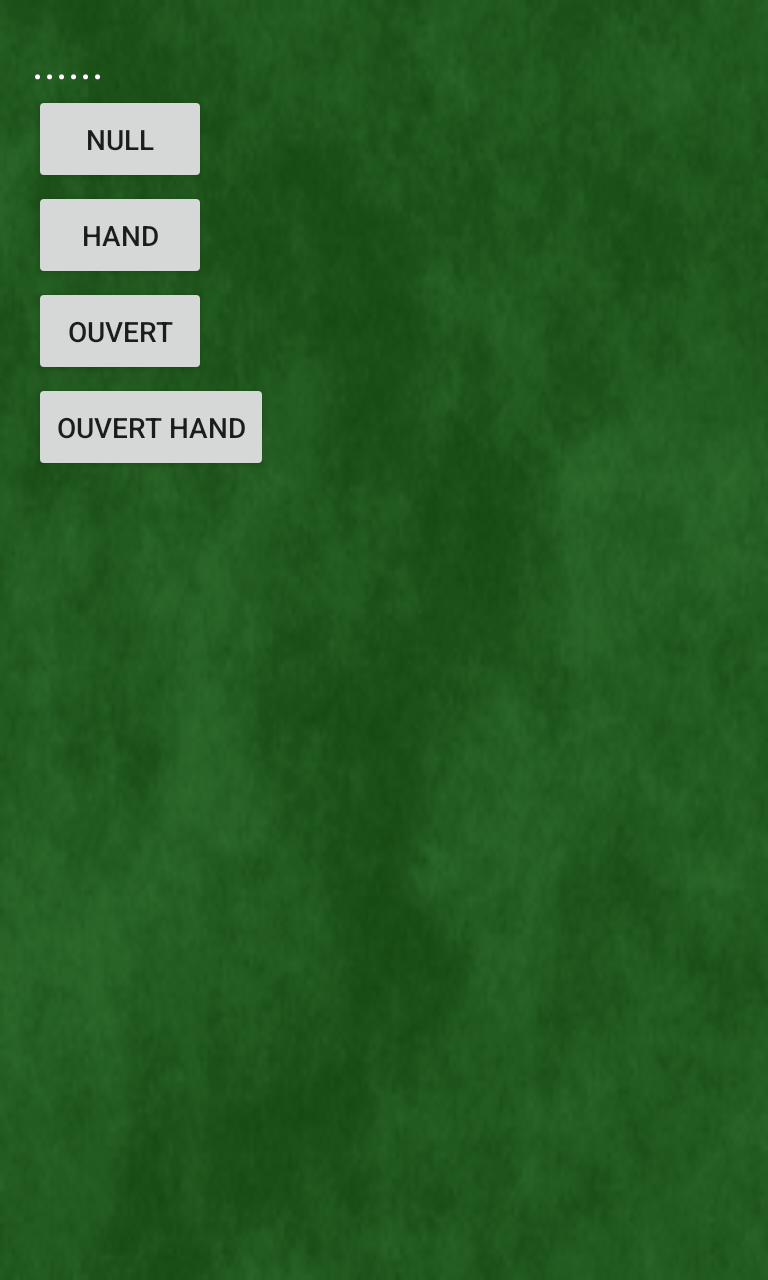
Repository: razinanu/InSy-Skat
Layout: InSy-Skat/res/layout/fragment_null_s.xml
These files come from the project's save history. The layout is drawn as it stood at one moment and after the next save; the edit follows.
It is drawn on a 768 x 1280 px phone screen (xhdpi) without system bars, with theme AppThemeWithoutActionBarTitle; the app's code is not run.

Above is the layout before, as saved 2014-06-21 18:44:41.

### InSy-Skat/res/layout/fragment_null_s.xml
<ScrollView xmlns:android="http://schemas.android.com/apk/res/android"
    xmlns:tools="http://schemas.android.com/tools"
    android:layout_width="match_parent"
    android:layout_height="match_parent"
    android:paddingBottom="@dimen/activity_vertical_margin"
    android:paddingLeft="@dimen/activity_horizontal_margin"
    android:paddingRight="@dimen/activity_horizontal_margin"
    android:paddingTop="@dimen/activity_vertical_margin"
    android:background="@drawable/hintergrundapp"
    tools:context="com.example.insy_skat.NullSPActivity$PlaceholderFragment" >


        <LinearLayout
            android:layout_width="match_parent"
            android:layout_height="wrap_content"
            android:orientation="vertical" >

            <TextView
                android:id="@+id/bubenAuswahlText"
                android:layout_width="wrap_content"
                android:layout_height="wrap_content"
                android:text="@string/nullspiel"
                android:textAppearance="?android:attr/textAppearanceLarge"
                android:textColor="#ffffff" />

            <Button
                android:id="@+id/nullsp"
                android:layout_width="wrap_content"
                android:layout_height="wrap_content"
                android:text="@string/nullString" />

             <Button
                 android:id="@+id/nullH"
                 android:layout_width="wrap_content"
                 android:layout_height="wrap_content"
                 android:text="@string/nullH"  />

             <Button
                 android:id="@+id/nullou"
                 android:layout_width="wrap_content"
                 android:layout_height="wrap_content"
                 android:text="@string/nullou"  />

             <Button
                 android:id="@+id/nullouH"
                 android:layout_width="wrap_content"
                 android:layout_height="wrap_content"
                 android:text="@string/nullouH"  />

        </LinearLayout>


</ScrollView>

### InSy-Skat/res/values/strings.xml
<?xml version="1.0" encoding="utf-8"?>
<resources>

    <string name="app_name">Reizassistent</string>
    <string name="action_settings">Settings</string>
    <string name="zurueck">Zurück</string>
    <string name="weiter">Weiter</string>
    <string name="menue">Menü</string>
    <string name="abbrechen">Beenden</string>
    <string name="farbspielGrand">Farbspiel/Grand</string>
    <string name="nullString">Null</string>
    <string name="grand">Grand</string>
    <string name="reizassistent">Reizassistent</string>
    <string name="bubenAuswaehlen">Buben Auswählen</string>
    <string name="farbenAuswahl">Farben Auswählen</string>
    <string name="reizenTabelle">Reiztabelle</string>
    <string name="title_activity_selected_soldiers">SelectedSoldiers</string>
    <string name="title_activity_farben_auswahl">FarbenAuswahl</string>
    <string name="title_activity_result">ResultActivity</string>
    <string name="info_title">Zusätzliche Informationen</string>
    <string name="home_title">Hauptmenü</string>
    <string name="title_activity_null_sp">NullSPActivity</string>
    <string name="nullspiel">......</string>
     <string name="nullH">Hand</string>
     <string name="nullou">Ouvert</string>
     <string name="nullouH">Ouvert Hand</string>

</resources>

Loaded but not shown: InSy-Skat/res/values-v11/styles.xml (common file); InSy-Skat/res/values/styles.xml (common file); InSy-Skat/res/values-v14/styles.xml (common file); InSy-Skat/res/values/dimens.xml (common file); InSy-Skat/res/values-w820dp/dimens.xml (common file)

After the next save:
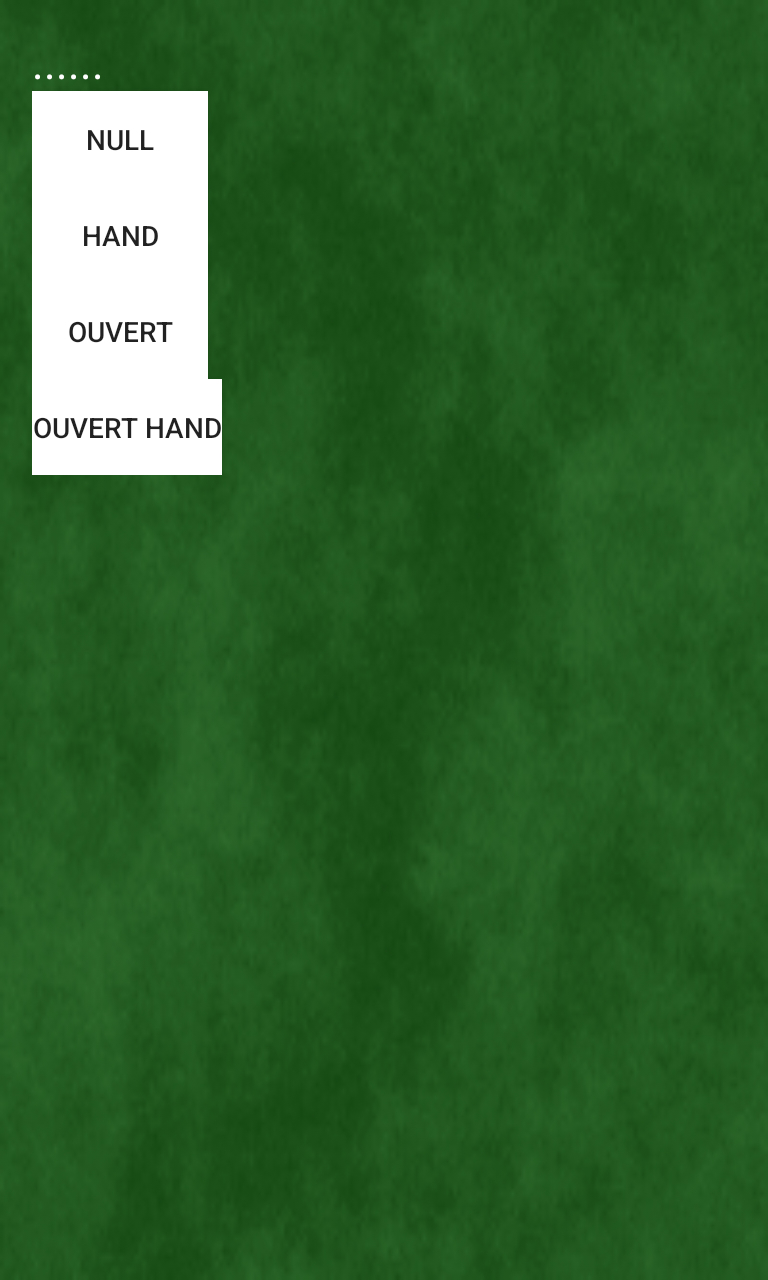
Saved 18 min 41 s later.
--- a/InSy-Skat/res/layout/fragment_null_s.xml
+++ b/InSy-Skat/res/layout/fragment_null_s.xml
@@ -27,25 +27,29 @@
                 android:id="@+id/nullsp"
                 android:layout_width="wrap_content"
                 android:layout_height="wrap_content"
-                android:text="@string/nullString" />
+                android:text="@string/nullString"
+                android:background="#ffffff" />
 
              <Button
                  android:id="@+id/nullH"
                  android:layout_width="wrap_content"
                  android:layout_height="wrap_content"
-                 android:text="@string/nullH"  />
+                 android:text="@string/nullH"
+                 android:background="#ffffff" />
 
              <Button
                  android:id="@+id/nullou"
                  android:layout_width="wrap_content"
                  android:layout_height="wrap_content"
-                 android:text="@string/nullou"  />
+                 android:text="@string/nullou"
+                 android:background="#ffffff" />
 
              <Button
                  android:id="@+id/nullouH"
                  android:layout_width="wrap_content"
                  android:layout_height="wrap_content"
-                 android:text="@string/nullouH"  />
+                 android:text="@string/nullouH"
+                 android:background="#ffffff" />
 
         </LinearLayout>
 
